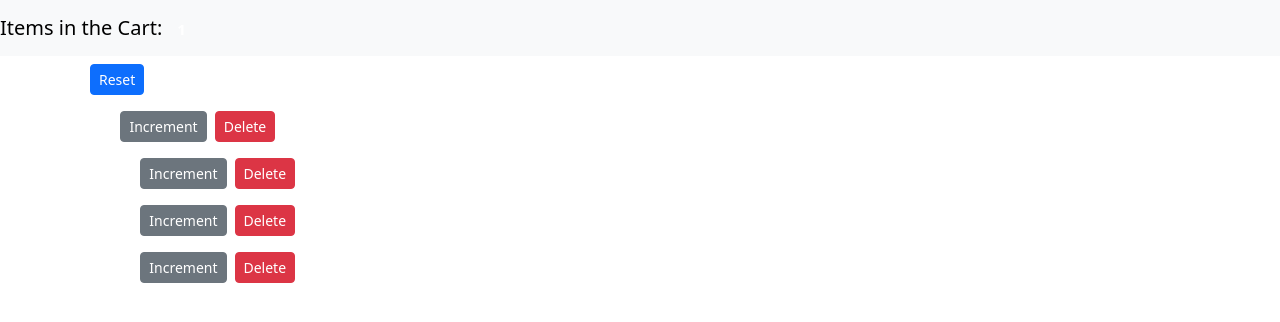
Repository: Edes2128/MovieTable-pagination-filter-sorting-in-React
Page: /
These files come from the project's save history. The page is drawn as it stood at one moment and after the next save; the edit follows.
The browser window is 1280 px wide. The pictures show the whole page.
The project was rebuilt for these pictures with package versions that can differ from the ones it lists, and the page was loaded fresh each time. Also part of the build but not shown: src/App.css.

Above is the page before, as saved 2020-06-15 23:04:15.

### public/index.html
<!DOCTYPE html>
<html lang="en">
  <head>
    <meta charset="utf-8" />
    <link rel="icon" href="%PUBLIC_URL%/favicon.ico" />
    <meta name="viewport" content="width=device-width, initial-scale=1" />
    <meta name="theme-color" content="#000000" />
    <meta
      name="description"
      content="Web site created using create-react-app"
    />
    <link rel="apple-touch-icon" href="%PUBLIC_URL%/logo192.png" />

    <link rel="manifest" href="%PUBLIC_URL%/manifest.json" />

    <title>React App</title>
  </head>
  <body>
    <noscript>You need to enable JavaScript to run this app.</noscript>
    <div id="root"></div>
</html>

### src/index.js
import React from 'react';
import ReactDOM from 'react-dom';
import './index.css';
import 'bootstrap/dist/css/bootstrap.css';
import App from './App'
import 'font-awesome/css/font-awesome.css'
//

ReactDOM.render(
  <React.StrictMode>
    <App />
  </React.StrictMode>,
  document.getElementById('root')
);

### src/App.js
import React , {Component,Fragment}from 'react';
import './App.css';
//import Movies from './components/movies';
import Counters from './components/counters'
import Navbar from './components/navbar';

class App extends Component {

  state = {
    counters: [
        {id:1,value:4},
        {id:2,value:0},
        {id:3,value:0},
        {id:4,value:0}
    ]
 }


 handleDelete = (counterID) =>{
      const counters = this.state.counters.filter(c => c.id !== counterID);
      this.setState({counters})
 }

 handleReset =() =>{
      const counters = this.state.counters.map(c => {
            c.value = 0;
            return c;
        });
        this.setState({counters})
 };

 handleIncrement = counter => {

        const counters = [...this.state.counters];
        const index = counters.indexOf(counter);
        counters[index] = {...counter};
        counters[index].value++;
        this.setState({counters})
 }
  render (){

    return (

    <Fragment>
    <Navbar totalCounters={this.state.counters.filter(c => c.value > 0).length} />
      <main className="container">
          <Counters onReset={this.handleReset} onIncrement={this.handleIncrement} onDelete={this.handleDelete} counters={this.state.counters} />
      </main>
      </Fragment>
  );
  }
}
export default App;

### src/components/counters.jsx
import React, { Component } from 'react'
import Counter from './counter'

class Counters extends Component {

    render() {
            const {onReset,counters,onIncrement,onDelete} = this.props;

        return (
            <div>
            <button onClick={onReset} className="btn btn-primary btn-sm m-2">Reset</button>
                {counters.map(counter => <Counter key={counter.id} onIncrement={onIncrement} onDelete={onDelete} counter={counter}></Counter>)}
            </div> );
    }
}
export default Counters;

### src/components/navbar.jsx
import React from 'react'

const Navbar = ({totalCounters}) => {

        return (
            <nav className="navbar navbar-light bg-light">
                    <a href="#" className="navbar-brand">
                    Items in the Cart: <span className="badge badge-pill badge-secondary">{totalCounters}</span>
                    </a>

            </nav>
         );
    }
export default Navbar;

### src/components/counter.jsx
import React, { Component } from 'react';

class Counter extends Component {

    render() {

        return (
            <div>
            <span className={this.getBadgeClasses()}>{this.formatCount()}</span>
            <button onClick={() => this.props.onIncrement(this.props.counter)} className="btn btn-secondary btn-sm">Increment</button>
            <button onClick={() => this.props.onDelete(this.props.counter.id)} className="btn btn-danger btn-sm m-2">Delete</button>
            </div>

            ) ;
    }
    getBadgeClasses() {
        let classes = "badge m-2 badge-";
        classes += (this.props.counter.value === 0) ? "warning" : "primary";
        return classes;
    }

    formatCount(){
        const {value} = this.props.counter;
        return value === 0 ? 'Zero' : value;
    }
}
export default Counter;

Loaded but not shown: src/index.css (common file)

After the next save:
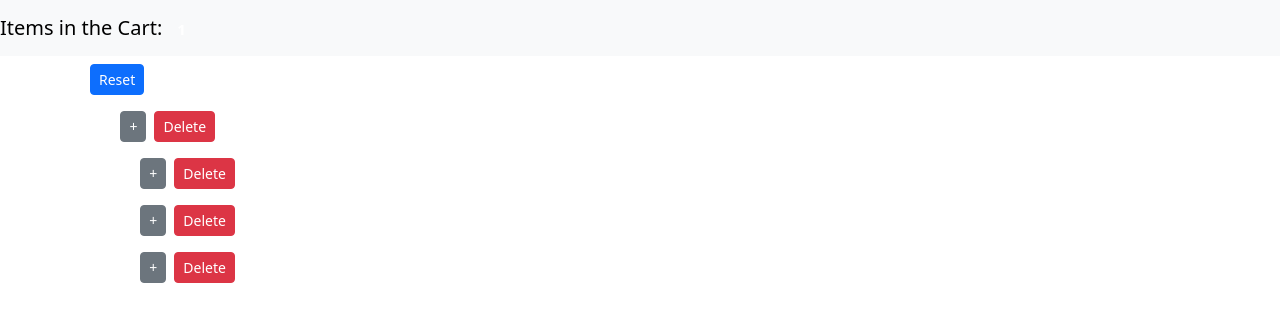
Saved 61 min 44 s later.
--- a/src/components/counter.jsx
+++ b/src/components/counter.jsx
@@ -7,7 +7,7 @@ class Counter extends Component {
         return (
             <div>
             <span className={this.getBadgeClasses()}>{this.formatCount()}</span>
-            <button onClick={() => this.props.onIncrement(this.props.counter)} className="btn btn-secondary btn-sm">Increment</button>
+            <button onClick={() => this.props.onIncrement(this.props.counter)} className="btn btn-secondary btn-sm">+</button>
             <button onClick={() => this.props.onDelete(this.props.counter.id)} className="btn btn-danger btn-sm m-2">Delete</button>
             </div>
 
